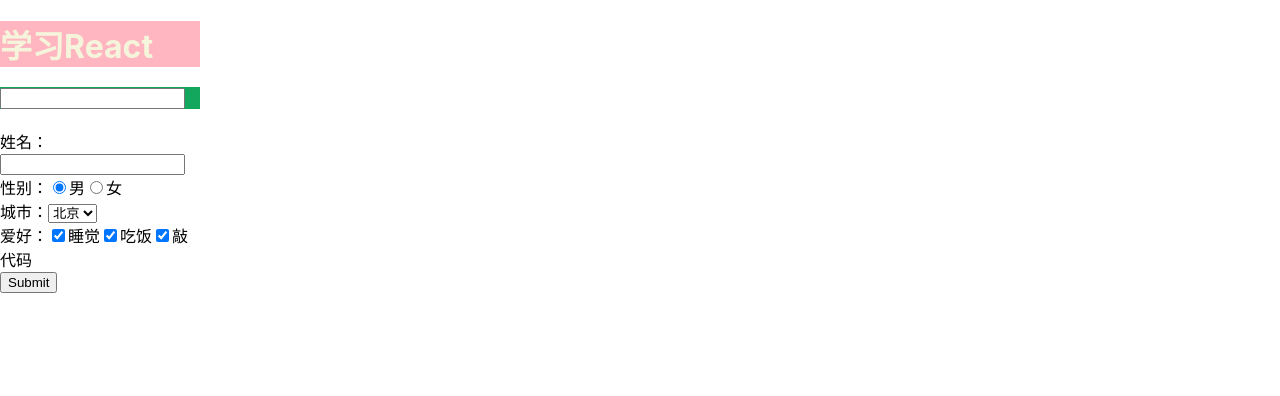
Repository: zhenzhen-gong/react-learning
Page: /news/01
An editor plug-in stored every save of this project. The page is shown before and after the next save, followed by the edit.
The browser window is 1280 px wide. The pictures show the whole page.
The project was rebuilt for these pictures with package versions that can differ from the ones it lists, and the page was loaded fresh each time.

Above is the page before, as saved 2021-04-16 15:32:41.

### src/App.js
import React, {Component} from 'react'
import './app.less' // 未生效，因为缺少loader转换的配置
import './App.css';

class App extends Component {
   constructor(props) {
     super(props)
     this.state= {
       name: '学习React',
       inputval: '',
       person: '',
       sex: 1,
       cityName: '',
       citys: ["北京","上海", "深圳"],
       hobby: [
         {
           'title': '睡觉',
           'checked': true
         },
         {
          'title': '吃饭',
          'checked': true
        },
        {
          'title': '敲代码',
          'checked': true
        }
       ]
     }
   }
   // this指向问题，使用箭头函数定义函数，也可以在绑定的时候.bind（this）改变this指向，也可以在constructor中用this.函数名 = this.函数名.bind(this)来改变this指向
   handleInputval = (e)=>{
      this.setState({
        inputval: e.target.value
      })
   }
   handlePerson = (e)=>{
      this.setState({
        person: e.target.value
      })
   }
   handleSex = (e)=>{
    this.setState({
      sex: Number(e.target.value)
    })
   }
   handleCity = (e)=>{
      this.setState({
        cityName: e.target.value
      })
   }
   handleHobby = (key)=>{
     console.log(key)
      var hobby = this.state.hobby
      console.log(hobby)
      hobby[key].checked = !hobby[key].checked
      this.setState({
        hobby:hobby
      })
   }
   handleSubmit = (e)=>{
     // 阻止form表单的提交事件
      e.preventDefault()
      console.log(this.state.person, this.state.sex, this.state.cityName)
   }
   render() {
     return (
       <div className="context">
         <h1>{this.state.name}</h1>
         <div className="input-test">
           <input type="text" value={this.state.inputval} onChange={this.handleInputval}></input>
           <span>{this.state.inputval}</span>
         </div>
         <form className="form-submit" onSubmit={this.handleSubmit}>
           姓名：<input type="text" value={this.state.person} onChange={this.handlePerson}></input>
           <div>
             性别：<input type="radio" value='1' checked={this.state.sex===1} onChange={this.handleSex} />男
             <input type="radio" value='2' checked={this.state.sex===2} onChange={this.handleSex} />女
           </div>
          <div>
          城市：<select value={this.state.cityName} onChange={this.handleCity}>
             {
               this.state.citys.map((item, key) => {
                 return <option key={key}>{item}</option>
               })
             }
            </select>
            </div>
            <div>
            爱好：{
              this.state.hobby.map((item, key) => {
                return (
                  <span  key={key}>
                    <input type="checkbox" key={key} checked={item.checked} onChange={this.handleHobby.bind(this,key)} />{item.title}
                  </span>
                )
              })
            }
            </div>
           <input type="submit" defaultValue="提交"></input>
         </form>
       </div>
     )
   }
}

export default App;

### src/app.less
.context {
    width: 200px;
    h1 {
        color: beige;
    }
}

### src/App.css
.App {
  text-align: center;
}
h1 {
  background-color: lightpink;
  margin-bottom:  20px;
}
.input-test {
  background-color: rgb(18, 167, 92);
  margin-bottom:  20px;
}

Loaded but not shown: public/index.html (common file); src/index.js (common file); src/index.css (common file); src/reportWebVitals.js (common file)

After the next save:
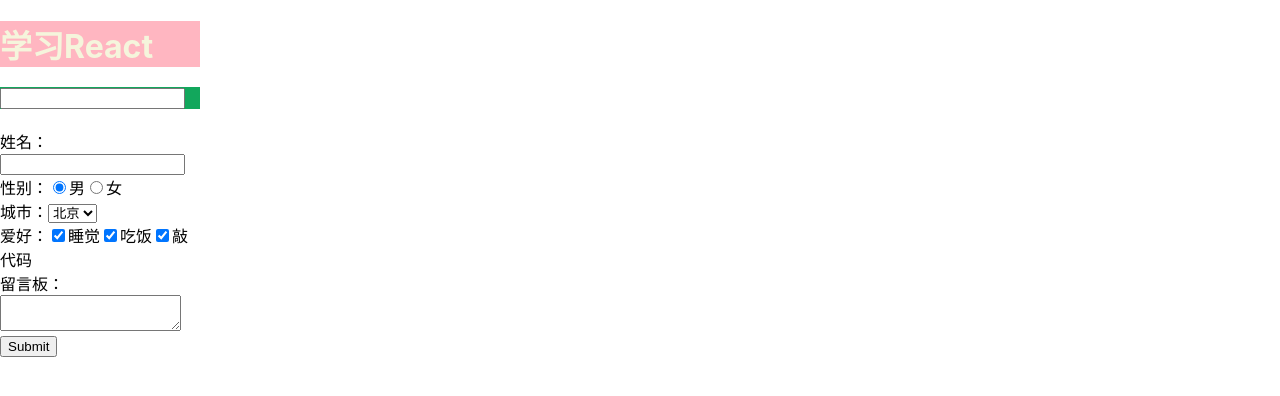
Saved 9 min 0 s later.
--- a/src/App.js
+++ b/src/App.js
@@ -25,7 +25,8 @@ class App extends Component {
           'title': '敲代码',
           'checked': true
         }
-       ]
+       ],
+       info: ''
      }
    }
    // this指向问题，使用箭头函数定义函数，也可以在绑定的时候.bind（this）改变this指向，也可以在constructor中用this.函数名 = this.函数名.bind(this)来改变this指向
@@ -57,6 +58,11 @@ class App extends Component {
       this.setState({
         hobby:hobby
       })
+   }
+   handleInfo = (e)=>{
+     this.setState({
+       info: e.target.value
+     })
    }
    handleSubmit = (e)=>{
      // 阻止form表单的提交事件
@@ -97,6 +103,9 @@ class App extends Component {
               })
             }
             </div>
+            <div>
+              留言板：<textarea value={this.state.info} onChange={this.handleInfo}/>
+            </div>
            <input type="submit" defaultValue="提交"></input>
          </form>
        </div>
